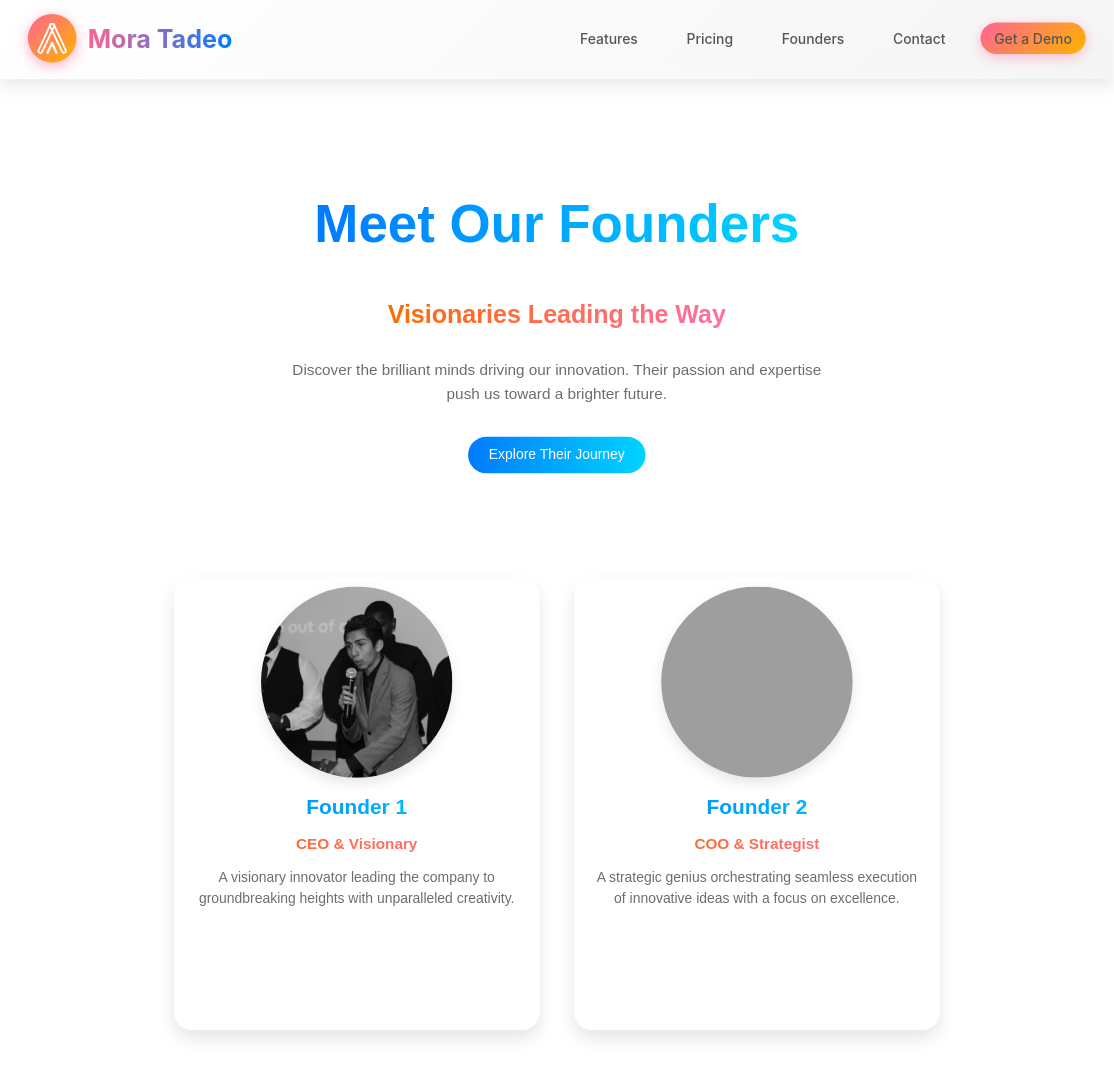
Repository: AbrahamM007/moratadeo
Page: /founders
The author's editor kept a copy of each file at every save. The page is drawn from the files as they stood at one save, then again after the next save.
The browser window is 1280 px wide. The pictures show the whole page, at 87% of full size.
Pictures or frames that could not be fetched are drawn as grey boxes. The project was rebuilt for these pictures with package versions that can differ from the ones it lists, and the page was loaded fresh each time. Also part of the build but not shown: src/HeroSection.css, src/HeroSection.js, src/InfoSection.css, src/InfoSection.js, src/RoadmapSection.css, src/RoadmapSection.js, src/DesignPhaseSection.js, src/HeroBanner.js and 7 more.

Above is the page before, as saved 2025-01-12 22:45:12.

After the next save:
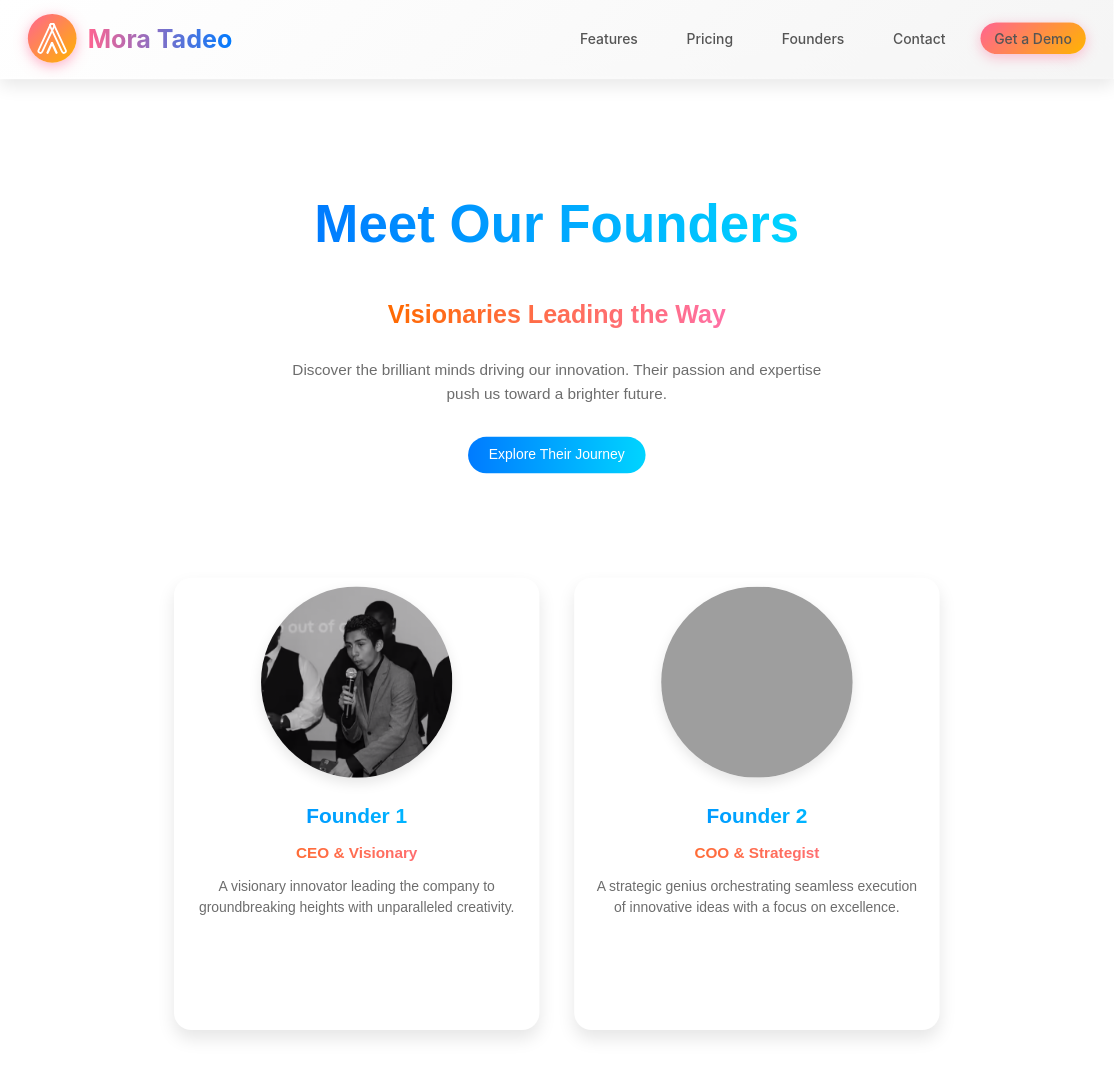
Saved 12 s later.
--- a/src/FoundersPage.css
+++ b/src/FoundersPage.css
@@ -98,7 +98,7 @@
     overflow: hidden;
     border-radius: 50%;
     box-shadow: 0 6px 15px rgba(0, 0, 0, 0.1);
-    margin: 0 auto 20px;
+    margin: 0 auto 30px;
     /* border: 3px solid #00d4ff; Stylish border */
   }
 
